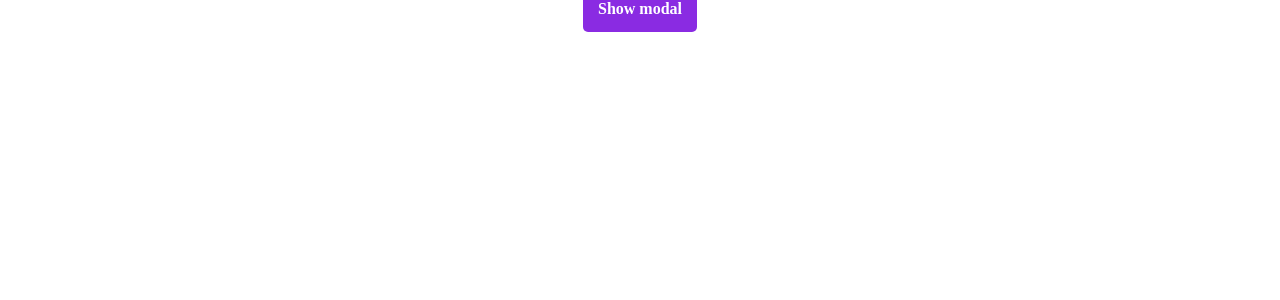
Repository: AnhTuan191298/sent-file-hoang
Page: js_modal/index.html
The author's editor kept a copy of each file at every save. The page is drawn from the files as they stood at one save, then again after the next save.
The browser window is 1280 px wide. The pictures show the whole page.

Above is the page before, as saved 2021-02-01 14:48:37.

After the next save:
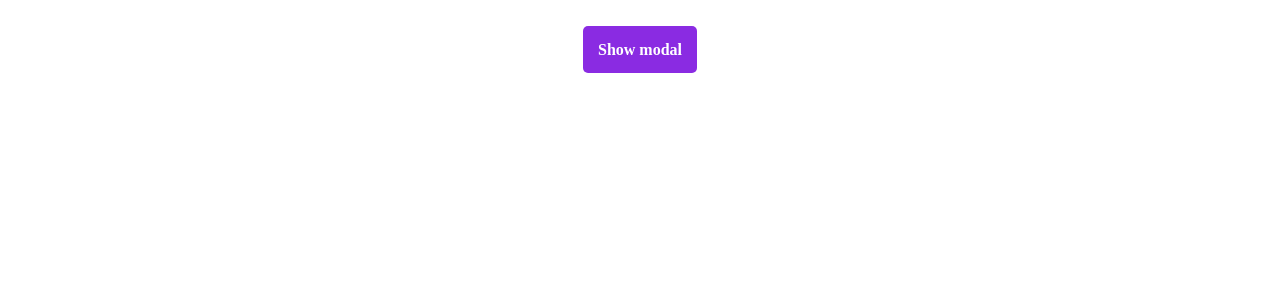
Saved 105 s later.
--- a/js_modal/index.html
+++ b/js_modal/index.html
@@ -13,7 +13,7 @@
             display: flex;
             justify-content: center;
             width: 100%;
-            height: 100%;
+            height: 100px;
             align-items: center;
         }
         .modal__action {
